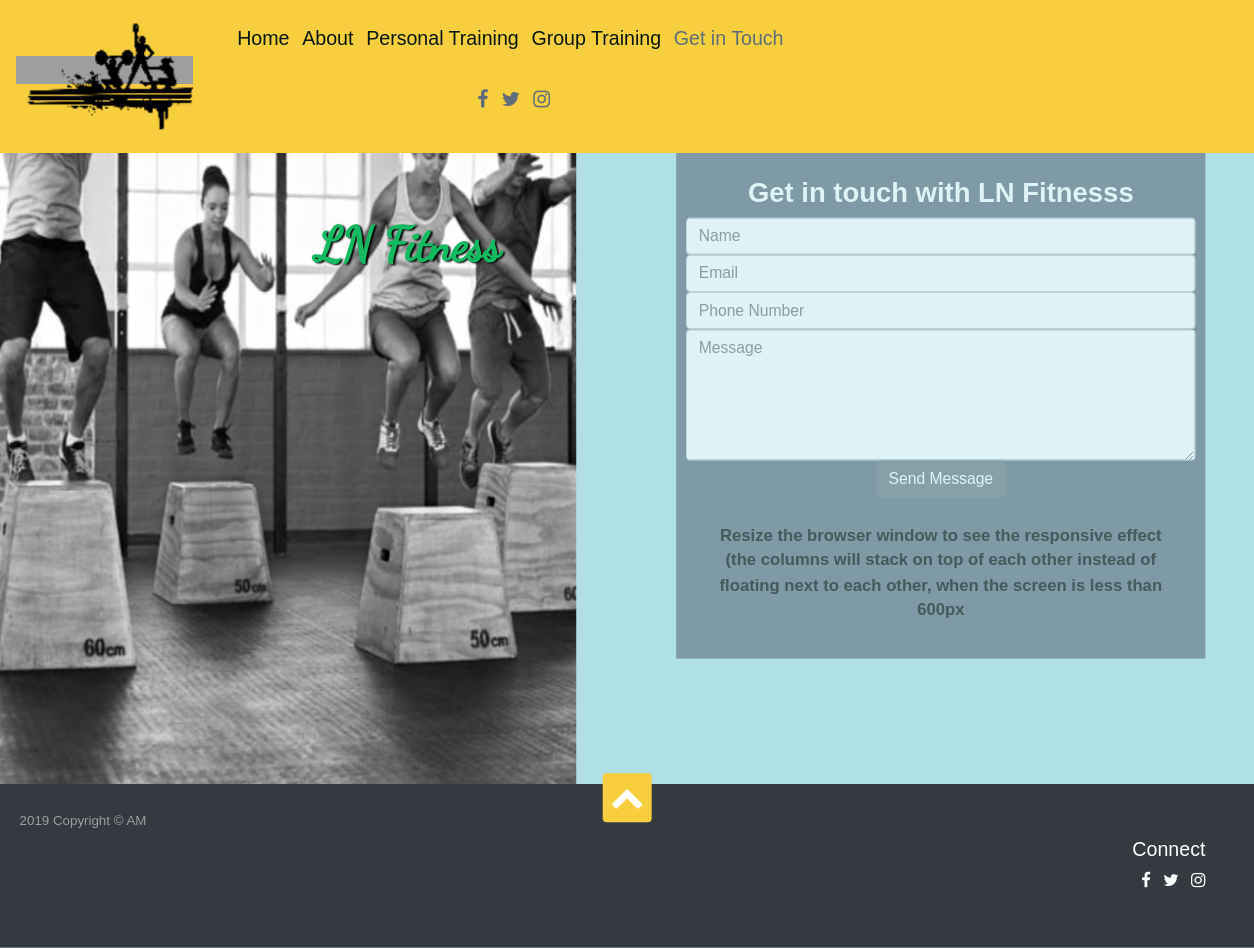
Repository: murphya14/Fitness-webpage
Page: get-in-touch.html
The author's editor kept a record of every edit. The page is drawn from the files as they stood at one moment, then again after the next edit.
The browser window is 1280 px wide. The pictures show the whole page, at 98% of full size.
Pictures or frames that could not be fetched are drawn as grey boxes. Some web libraries are served in a nearby version.

Above is the page before.

After the next edit:
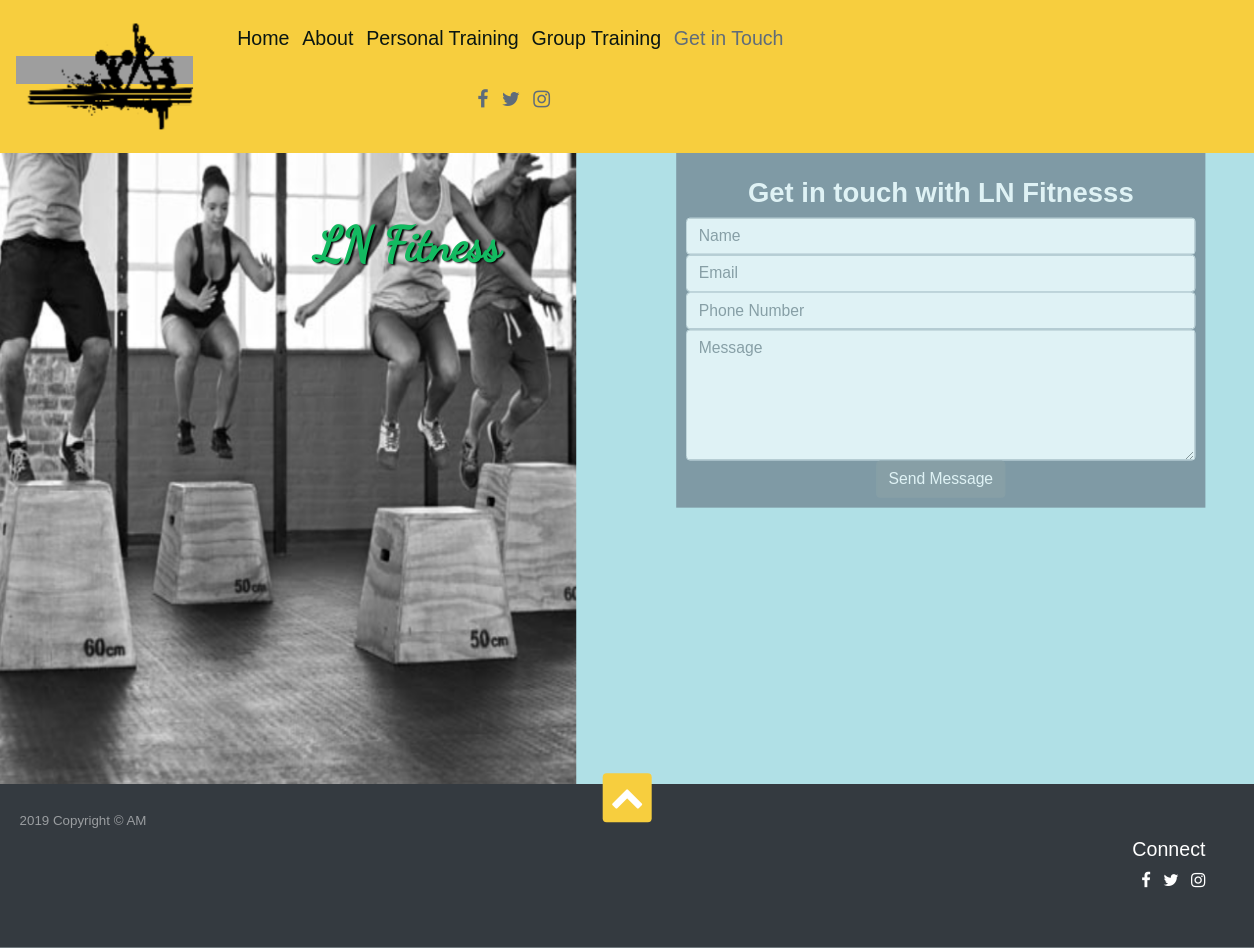
The edit:
--- a/get-in-touch.html
+++ b/get-in-touch.html
@@ -134,11 +134,7 @@
 
     </div>
 
-      <p>
-        Resize the browser window to see the responsive effect (the columns will stack on top of each other instead of floating next to each other, when the screen is less than 600px
-
-
-      </p>
+
     </div>
 
 
